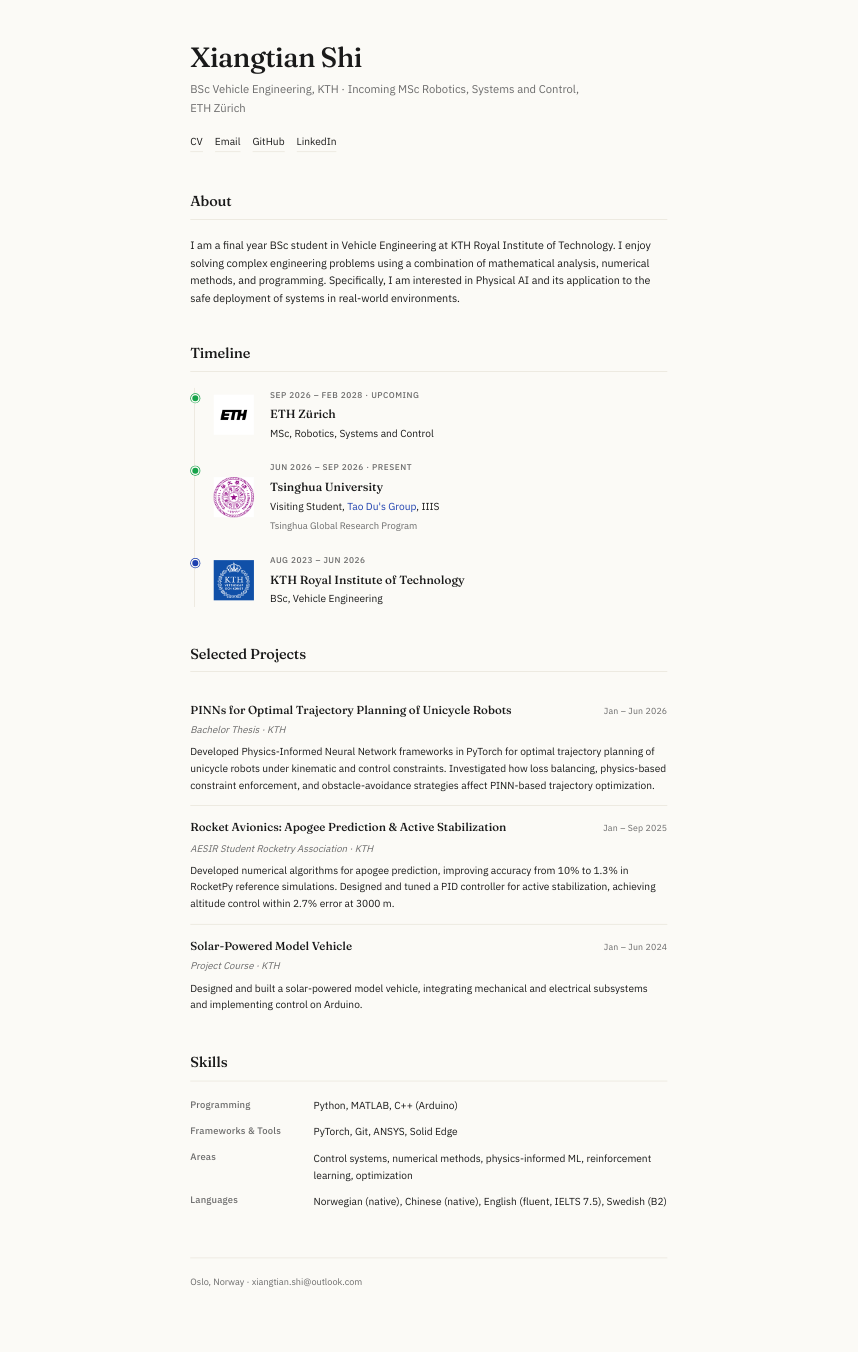
Repository: xitisch/xitisch.github.io
Page: index.html
The author's editor kept a copy of each file at every save. The page is drawn from the files as they stood at one save, then again after the next save.
The browser window is 1280 px wide. The pictures show the whole page, at 67% of full size.

Above is the page before, as saved 2026-06-08 02:50:59.

After the next save:
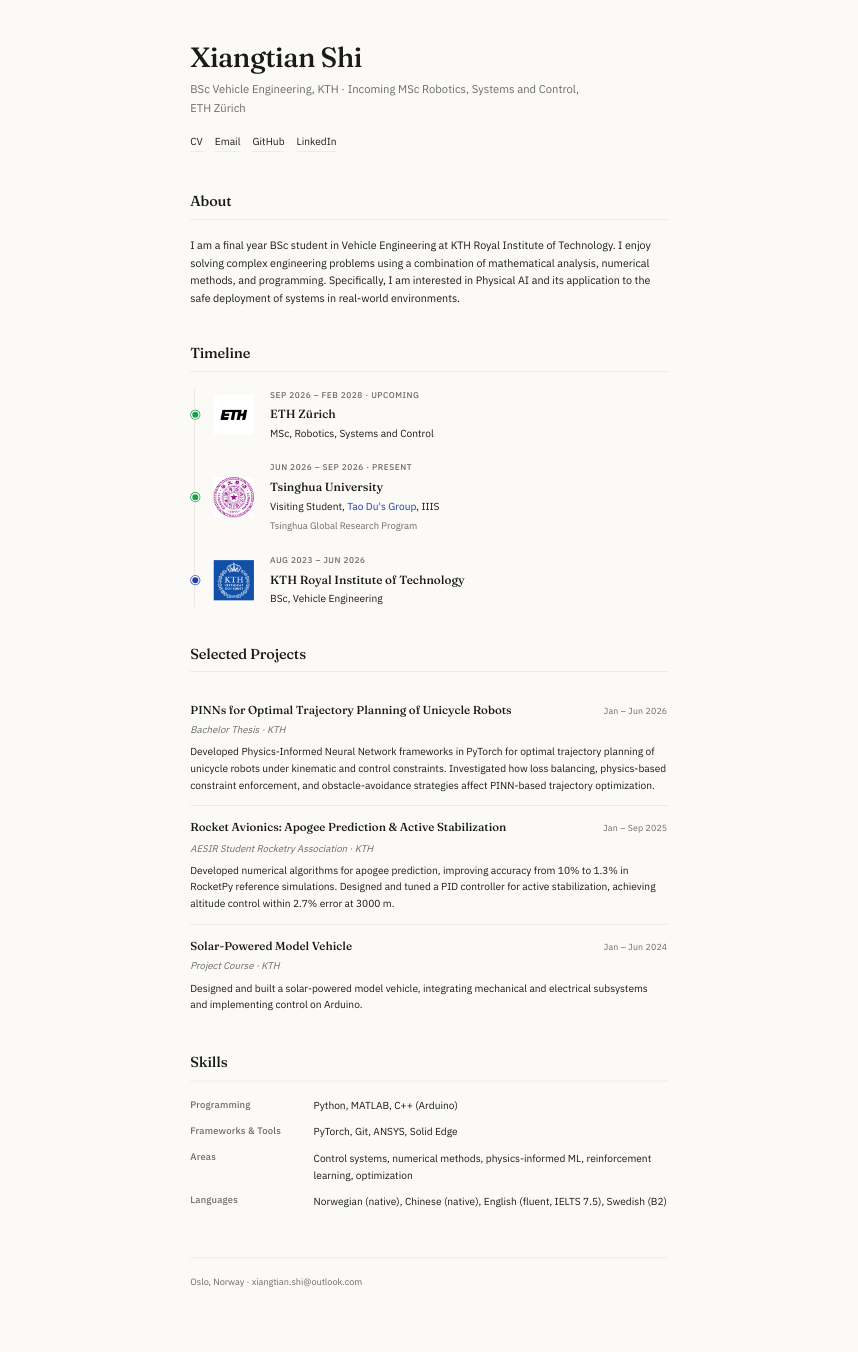
Saved 2 min 29 s later.
--- a/style.css
+++ b/style.css
@@ -138,7 +138,8 @@
   content: '';
   position: absolute;
   left: -34px;
-  top: 9px;
+  top: 50%;
+  transform: translateY(-50%);
   width: 9px;
   height: 9px;
   background: var(--accent);
